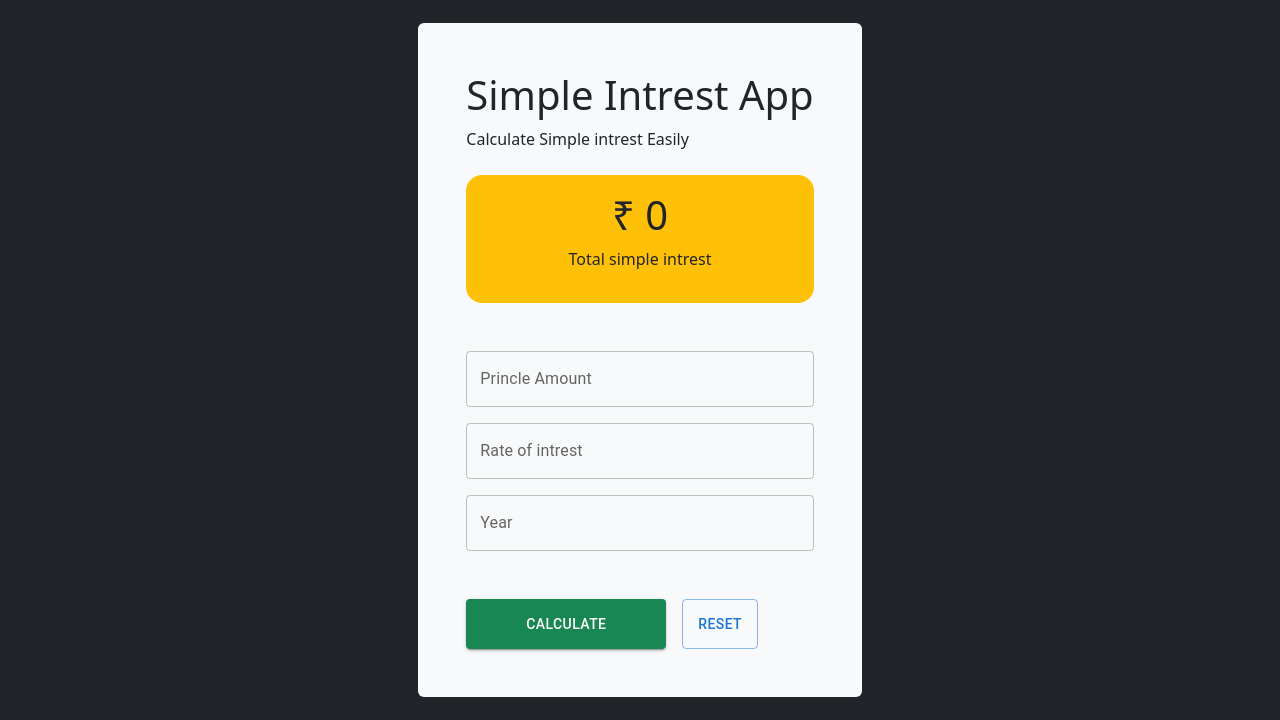
Repository: Afraz13/simple-intrest
Page: /
The author's editor kept a copy of each file at every save. The page is drawn from the files as they stood at one save, then again after a run of saves.
The browser window is 1280 px wide. The pictures show the whole page.
The project was rebuilt for these pictures with package versions that can differ from the ones it lists, and the page was loaded fresh each time. Also part of the build but not shown: src/index.css, src/App.css.

Above is the page before, as saved 2024-07-16 13:22:37.

After the next 2 saves:
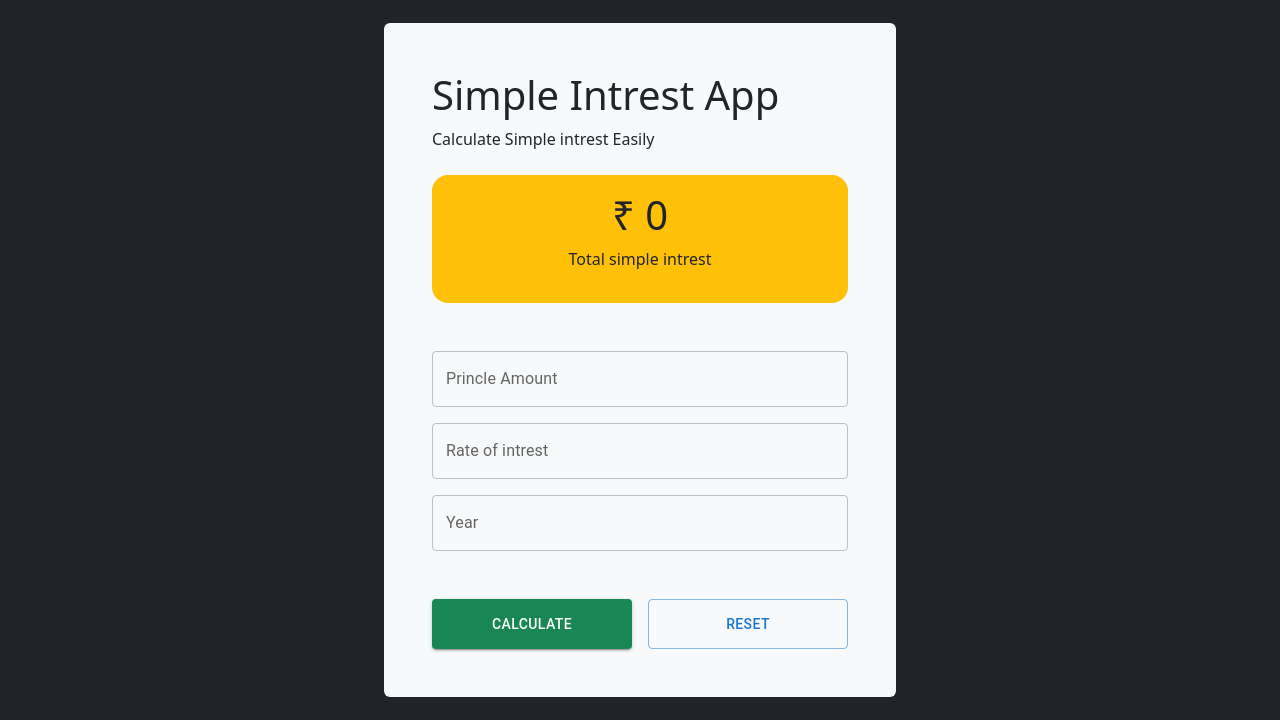
The 2 saves are shown as one change because 1 did not build or start.
The last was saved 63 s later.
--- a/src/App.js
+++ b/src/App.js
@@ -100,7 +100,7 @@ function App() {
      }
      <Stack className='mt-5' direction="row" spacing={2}>
      <Button type='submit' className='bg-success' disabled={isprinciple && israte && isyear?false:true} style={{width:'200px',height:'50px'}} variant="contained" >Calculate</Button>
-     <Button variant="outlined" style={{width:'200px !important',height:'50px',position:'absolute !important',top:'50% !important',left:'50% !important',transform:'translate(-50%,-50%)!important'}}>Reset</Button>
+     <Button variant="outlined" style={{width:'200px',height:'50px',position:'absolute !impotant',top:'50%'}}>Reset</Button>
 </Stack>
     </form>
     </div>
